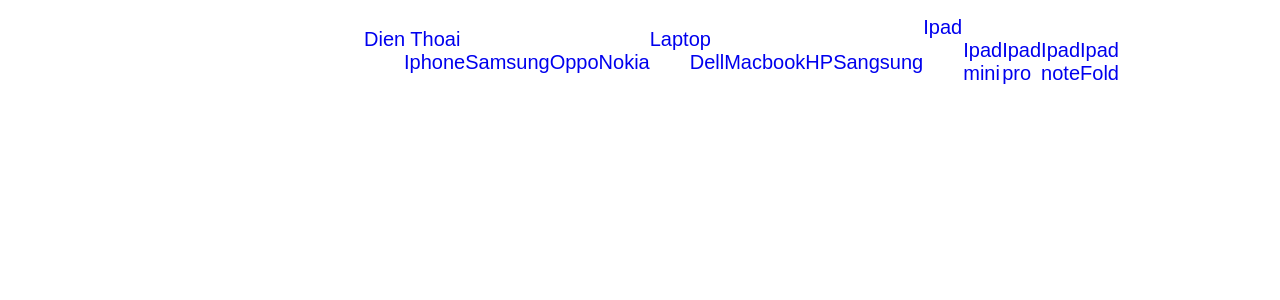
Repository: nvngon2604/Git
Page: web/index.html
An editor plug-in stored every save of this project. The page is shown before and after the next save, followed by the edit.
The browser window is 1280 px wide. The pictures show the whole page.
Some web libraries are served in a nearby version.

Above is the page before, as saved 2020-05-10 10:35:13.

After the next save:
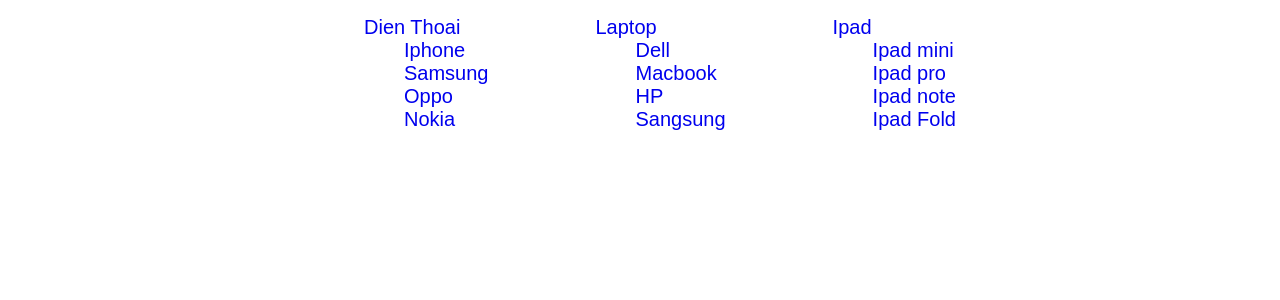
Saved 59 s later.
--- a/web/web.css
+++ b/web/web.css
@@ -18,3 +18,6 @@
 .container header ul li a{
     text-decoration: none;
 }
+.container header ul li .hmenu{
+    display: block;
+}
